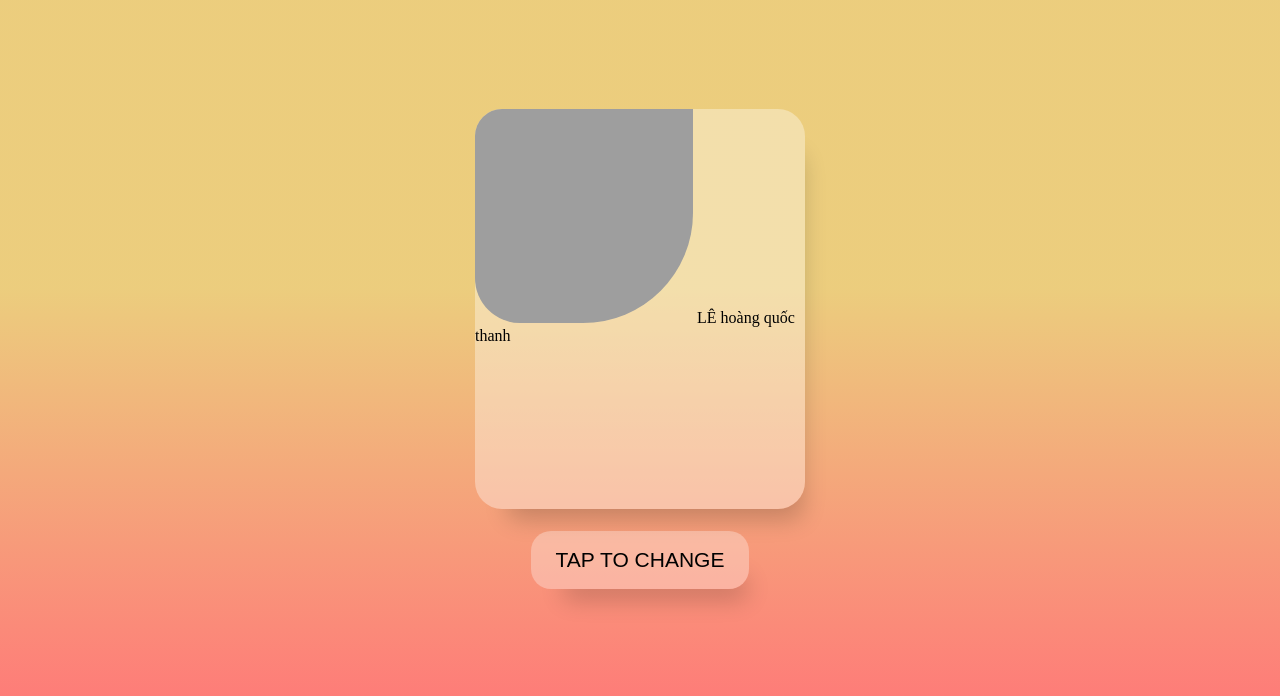
Repository: ThanhThn/profile
Page: index.html
The author's editor kept a copy of each file at every save. The page is drawn from the files as they stood at one save, then again after the next save.
The browser window is 1280 px wide. The pictures show the whole page.
Pictures or frames that could not be fetched are drawn as grey boxes. Some web fonts or font styles are not loaded; a fallback is used.

Above is the page before, as saved 2022-12-05 19:25:40.

After the next save:
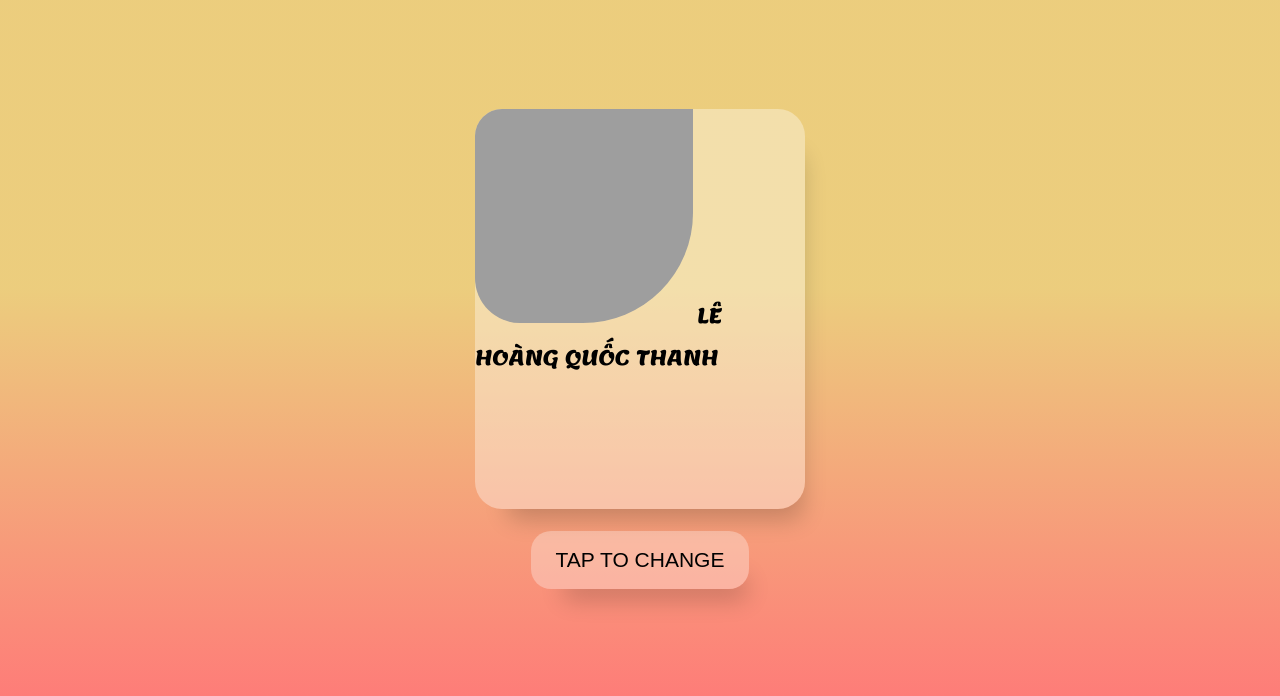
Saved 77 s later.
--- a/style.css
+++ b/style.css
@@ -36,6 +36,13 @@ body{
     object-position: -32px 0;
 }
 
+.content .name{
+    font-size: 21px;
+    text-transform: uppercase;
+    font-weight: 700;
+    font-family: 'Lemonada', cursive;
+}
+
 .btn{
     background: rgba(255, 255, 255, .3);
     width: 218px;
